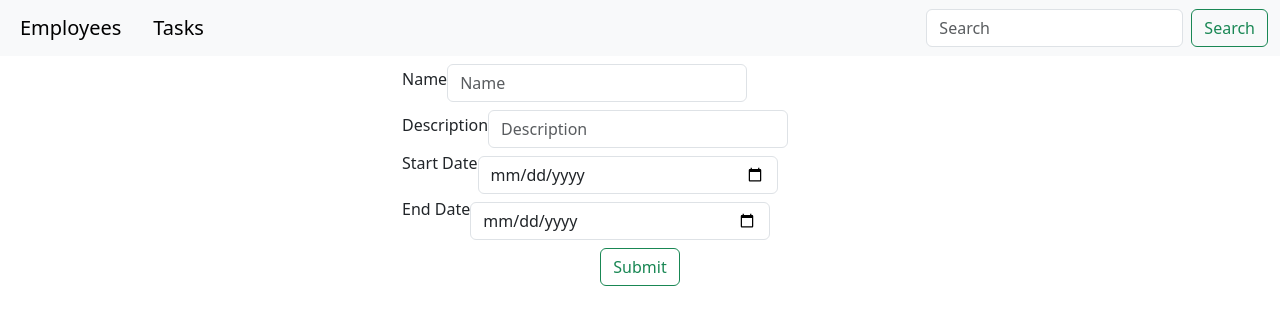
Repository: RaffiBarseghyan/employees
Page: /tasks
These files come from the project's save history. The page is drawn as it stood at one moment and after a run of saves; the edit follows.
The browser window is 1280 px wide. The pictures show the whole page.
The project was rebuilt for these pictures with package versions that can differ from the ones it lists, and the page was loaded fresh each time. Some packages were replaced by stand-ins written for this rebuild. Also part of the build but not shown: src/App.css, src/Pages/Employees/employees.module.scss, src/Pages/UpDel/upDel.module.scss, src/Pages/UpDel/delete.jsx, src/Pages/Employees/employees.jsx, src/Pages/UpDel/update.jsx.

Above is the page before, as saved 2023-06-15 21:41:07.

After the next 2 saves:
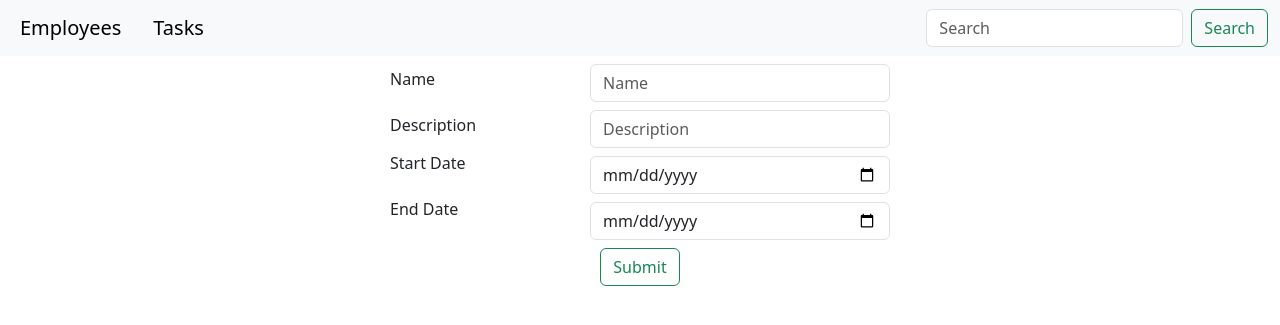
The 2 saves are shown as one change because they came seconds apart.
The last was saved 9 s later.
--- a/src/Pages/Tasks/tasks.module.scss
+++ b/src/Pages/Tasks/tasks.module.scss
@@ -8,9 +8,9 @@
         display: flex;
         align-items: center;
         flex-direction: row;
-        margin-left: auto;
         >input{
             width: 300px;
+            margin-left: auto;
 
         }
     }
